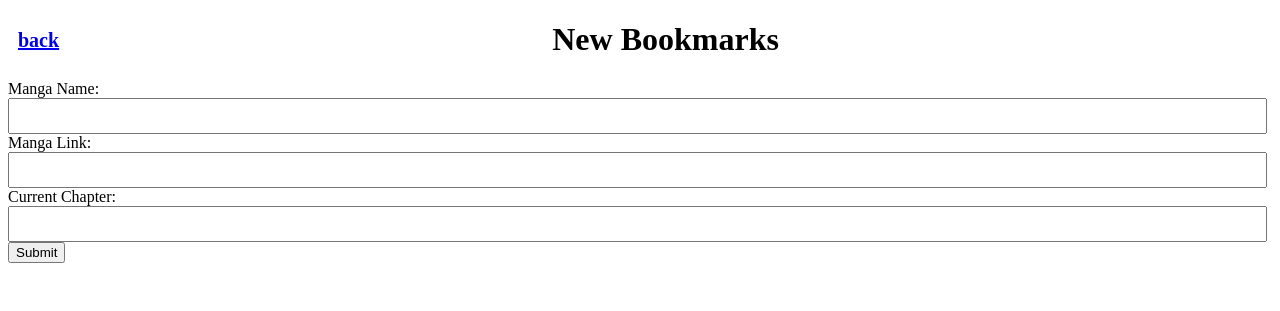
Repository: PA055/Manga-Bookmarks
Page: new.html
An editor plug-in stored every save of this project. The page is shown before and after the next save, followed by the edit.
The browser window is 1280 px wide. The pictures show the whole page.

Above is the page before, as saved 2023-03-11 12:06:35.
Console error: ReferenceError: $ is not defined

### new.html
<!DOCTYPE html>
<html lang="en">
  <head>
    <meta charset="utf-8" />
    <meta name="viewport" content="width=device-width, initial-scale=1" />
    <meta name="theme-color" content="#000000" />
    <title>New Bookmark</title>
    <link rel="stylesheet" href="./main.css">
  </head>
  <body>
    <noscript>You need to enable JavaScript to run this app.</noscript>

    <a href="index.html" class="back">back</a>
    <h1>New Bookmarks</h1>

    <form id="newBookmark" onsubmit="AddBookmark()">
        <label for="mname">Manga Name:</label>
        <input type="text" id="mname" name="mname" class="input">
        <br>
        <label for="link">Manga Link:</label>
        <input type="url" id="link" name="link" class="input">
        <br>
        <label for="chapter">Current Chapter:</label>
        <input type="number" id="chapter" name="chapter" class="input">
        <br>
        <input type="submit" id="submit">
    </form>

    <script src="./bookmarks.js"></script>
  </body>
</html>

### main.css
h1 {
    width: 100%;
    text-align: center;
}

.button {
    display: block;
    padding: 5px;
    margin: auto;
    width: fit-content;
    text-decoration: none;
    border: 4px gray outset;
    color: black;
}

.button:hover {
    border-style: inset;
}

.back {
    font-size: 20px;
    font-weight: bold;
    display: inline;
    float: left;
    margin-top: 8px;
    margin-left: 10px;
}

.input {
    width: 99%;
    height: 30px;
    font-size: 25px;
    margin: auto;
}

.submit {
    margin-top: 10px;
    margin: auto;
}

@media only screen and (max-width: 400px) {
    .back {
        display: block;
        float: none;
        width: 100%;
        text-align: center;
        margin-bottom: -10px;
    }
}

### bookmarks.js
let bookmarks = document.getElementById('bookmarks');
const url = "./bookmarks.json"

$.getJSON(url, function(data){
    console.log(data);
});

// const fetchJson = async () => {
//     try {
//         const file = await fetch(url);
//         const response = await file.json();
//     } catch (error) {
//         console.log(error);
//     }
// };

function AddBookmark() {
    var formData = new FormData(document.querySelector('form'))

}

After the next save:
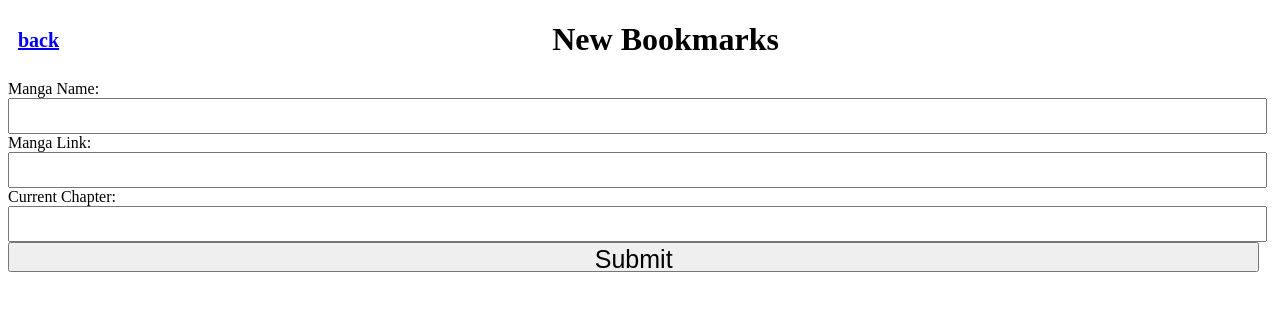
Saved 54 s later.
--- a/new.html
+++ b/new.html
@@ -14,16 +14,16 @@
     <h1>New Bookmarks</h1>
 
     <form id="newBookmark" onsubmit="AddBookmark()">
-        <label for="mname">Manga Name:</label>
+        <label for="mname" class="label for-mname">Manga Name:</label>
         <input type="text" id="mname" name="mname" class="input">
         <br>
-        <label for="link">Manga Link:</label>
+        <label for="link" class="label for-link">Manga Link:</label>
         <input type="url" id="link" name="link" class="input">
         <br>
-        <label for="chapter">Current Chapter:</label>
+        <label for="chapter" class="label for-chapter">Current Chapter:</label>
         <input type="number" id="chapter" name="chapter" class="input">
         <br>
-        <input type="submit" id="submit">
+        <input type="submit" id="submit" class="input">
     </form>
 
     <script src="./bookmarks.js"></script>
